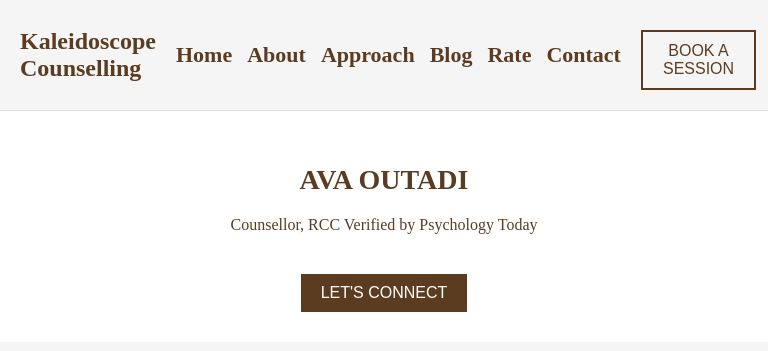
Repository: voutadi/project2
Page: index.html
The author's editor kept a copy of each file at every save. The page is drawn from the files as they stood at one save, then again after the next save.
The browser window is 768 px wide. The pictures show the whole page.

Above is the page before, as saved 2024-07-05 16:35:44.

### index.html
<!DOCTYPE html>
<html lang="en">
  <head>
    <meta charset="UTF-8" />
    <meta name="viewport" content="width=device-width, initial-scale=1.0" />
    <title>Kaleidoscope Counselling</title>
    <link rel="stylesheet" href="styles/style.css" />
  </head>
  <body>
    <header>
      <div class="logo-container">
        <div class="logo">
          Kaleidoscope <br />
          Counselling
        </div>
      </div>
      <nav class="navbar">
        <ul>
          <li><a href="#home">Home</a></li>
          <li><a href="#about">About</a></li>
          <li><a href="#approach">Approach</a></li>
          <li><a href="#blog">Blog</a></li>
          <li><a href="#rate">Rate</a></li>
          <li><a href="#contact">Contact</a></li>
        </ul>
      </nav>
      <button class="book-session">BOOK A SESSION</button>
    </header>

    <main>
      <section class="intro">
        <h1> AVA OUTADI</h1>
        <p>Counsellor, RCC Verified by Psychology Today</p>
        <button class="get-started">LET'S CONNECT</button>
      </section>
    </main>
  </body>
</html>

### styles/style.css
/* styles/style.css */

body {
    font-family: 'Arial, sans-serif';
    color: #5c3c20;
    background-color: #f5f5f5;
    margin: 0;
    padding: 0;
}

header {
    display: flex;
    justify-content: space-between;
    align-items: center;
    padding: 20px;
    background-color: #f5f5f5;
    border-bottom: 1px solid #ddd;
}

.logo-container .logo {
    font-size: 24px;
    font-weight: bold;
}

.navbar ul {
    list-style: none;
    display: flex;
    gap: 40px;
    margin: 0;
    padding: 0;
}

.navbar a {
    text-decoration: none;
    color: #5c3c20;
    font-weight: bold;
    font-size: 22PX;
}

.book-session {
    background-color: transparent;
    border: 2px solid #5c3c20;
    color: #5c3c20;
    padding: 10px 20px;
    font-size: 16px;
    cursor: pointer;
}

main .intro {
    text-align: center;
    padding: 30px 20px;
    background-color: #fff;
    color: #5c3c20;
}

.intro h1 {
    font-size: 32px;
    margin-bottom: 20px;
}

.intro p {
    font-size: 18px;
    margin-bottom: 40px;
}

.intro .get-started {
    background-color: #5c3c20;
    color: #fff;
    border: none;
    padding: 15px 30px;
    font-size: 18px;
    cursor: pointer;
}

/* Add to styles/style.css */

/* Mobile styles */
@media (max-width: 375px) {
    header {
        flex-direction: column;
        align-items: flex-start;
    }

    .navbar ul {
        flex-direction: column;
        gap: 10px;
    }
    .navbar a{
        font-size:  14px;
    }

    .book-session {
        margin-top: 10px;
    }

    .intro h1 {
        font-size: 24px;
    }

    .intro p {
        font-size: 16px;
    }

    .intro .get-started {
        padding: 10px 20px;
        font-size: 16px;
    }


}

@media (min-width: 376px) and (max-width: 800px) {


    .navbar ul {

        gap: 15px;
    }
    .navbar a{
        font: size 16px;
    }

    .book-session {
        margin-top: 10px;
    }

    .intro h1 {
        font-size: 28px;
    }

    .intro p {
        font-size: 16px;
    }

    .intro .get-started {
        padding: 10px 20px;
        font-size: 16px;
    }
    .navbar{
        margin-left: 20px;
        margin-right: 20px;
    }


}

After the next save:
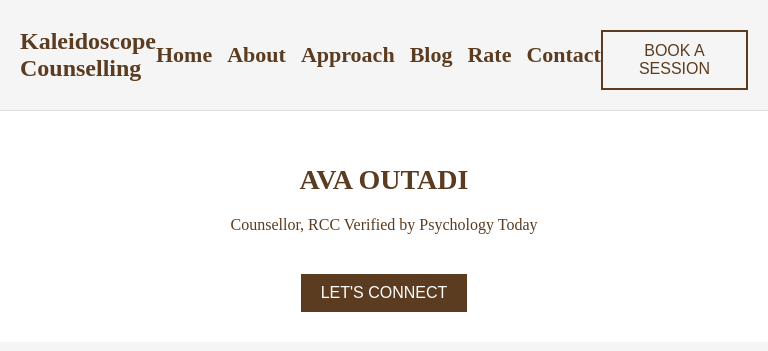
Saved 2 min 56 s later.
--- a/styles/style.css
+++ b/styles/style.css
@@ -136,10 +136,7 @@
         padding: 10px 20px;
         font-size: 16px;
     }
-    .navbar{
-        margin-left: 20px;
-        margin-right: 20px;
-    }
+
 
 
 }

After the save that followed:
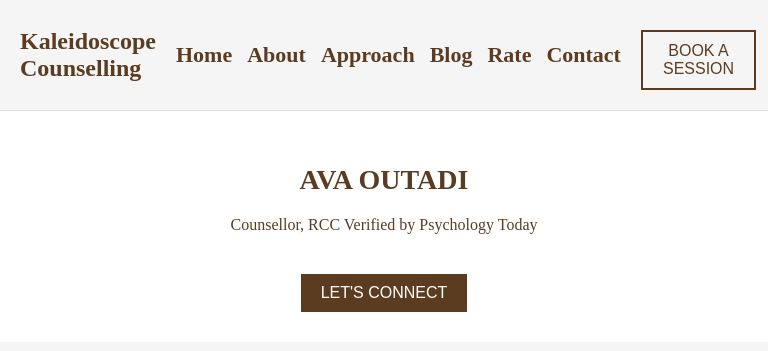
Saved 9 s later.
--- a/styles/style.css
+++ b/styles/style.css
@@ -136,7 +136,10 @@
         padding: 10px 20px;
         font-size: 16px;
     }
-
+    .navbar{
+        margin-left: 20px;
+        margin-right: 20px;
+    }
 
 
 }
